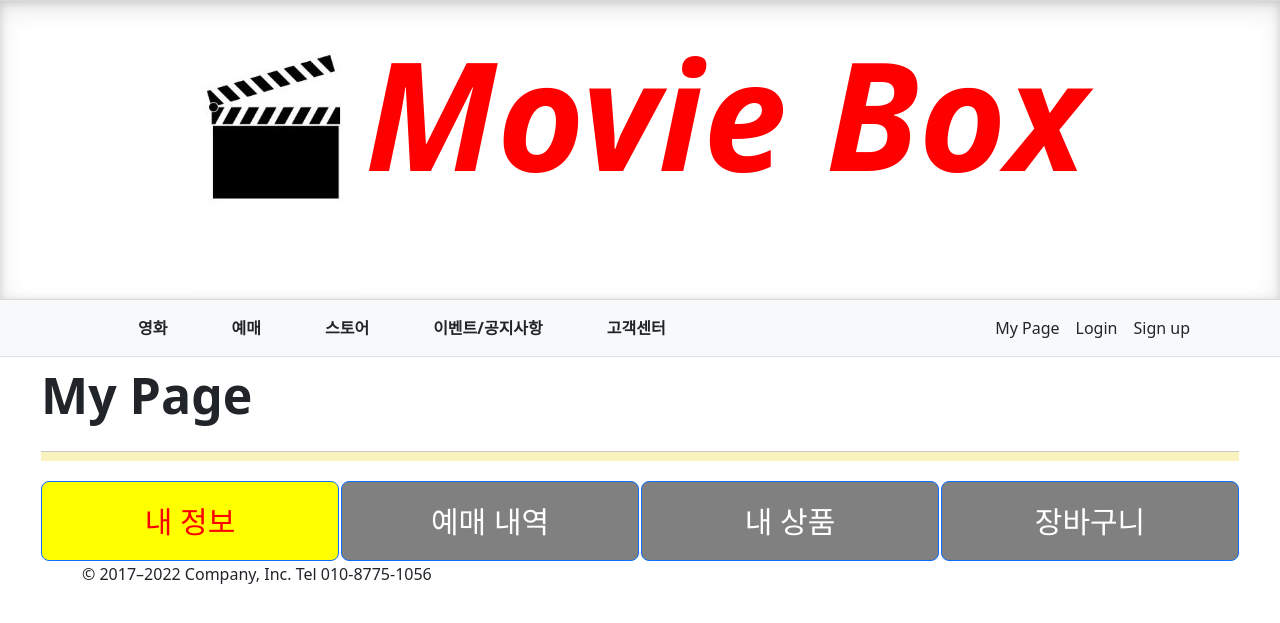
Repository: SpearManCN/MovieBox-2nd-Project-
Page: http://localhost/prj_01/WEB-INF/views/myPageHome.jsp
The author's editor kept a copy of each file at every save. The page is drawn from the files as they stood at one save, then again after the next save.
The browser window is 1280 px wide. The pictures show the whole page.
The page is served by Tomcat 9. Nobody is signed in. Other server files are loaded and not shown. The template is opened directly, without the code that normally fills it, so the values that code supplies are empty.

Above is the page before, as saved 2022-12-13 10:00:02.

### Second project/prj_01/src/main/webapp/WEB-INF/views/myPageHome.jsp
<%@ page language="java" contentType="text/html; charset=UTF-8"
    pageEncoding="UTF-8"%>
        <%@taglib prefix="c" uri="http://java.sun.com/jsp/jstl/core" %>
<!DOCTYPE html>
<html>
<head>
<meta name="viewport" content="width=device-width, initial-scale=1">
<meta charset="UTF-8">
<link href="https://cdn.jsdelivr.net/npm/bootstrap@5.2.3/dist/css/bootstrap.min.css" rel="stylesheet" integrity="sha384-rbsA2VBKQhggwzxH7pPCaAqO46MgnOM80zW1RWuH61DGLwZJEdK2Kadq2F9CUG65" crossorigin="anonymous">

</head>
<body>
<%@include file="/WEB-INF/views/commonHeader.jsp" %>

<center>
<table width="1200px">
	<tr>
	<td align="left"><span style="font-size:50px; font-weight:bold;">My Page</span>
	<tr>
	<td><hr style="height:10px; background-color:#EDD200;">
	<tr>
	<td align="right">
</table>
</center>
<table align="center" width="1200px">
	<tr>
	<td width="220px"><button type="button" class="btn btn-primary btn-lg" style="width:100%; height:80px; background-color:yellow;">
	<span style="font-size:30px; color:red">내 정보</span></button></td>
	<td width="220px"><button type="button" class="btn btn-primary btn-lg" style="width:100%; height:80px; background-color:gray;">
	<span style="font-size:30px; font-weight:;">예매 내역</span></button></td>
	<td width="220px"><button type="button" class="btn btn-primary btn-lg" style="width:100%; height:80px; background-color:gray;">
	<span style="font-size:30px; font-weight:;">내 상품</span></button></td>
	<td width="220px"><button type="button" class="btn btn-primary btn-lg" style="width:100%; height:80px; background-color:gray;">
	<span style="font-size:30px; font-weight:;">장바구니</span></button></td>
	</tr>
	<tr>
	</tr>

</table>





<%@include file="/WEB-INF/views/commonFooter.jsp" %>
</body>
</html>

### Second project/prj_01/src/main/webapp/WEB-INF/views/commonHeader.jsp
<%@ page language="java" contentType="text/html; charset=UTF-8"
    pageEncoding="UTF-8"%>



<script src="/js/jquery-1.11.0.min.js"></script>
<script>
function goLogin(){document.commonForm.action="/loginForm.do";document.commonForm.submit(); }
function goLoginJoin(){document.commonForm.action="/loginJoinForm.do";document.commonForm.submit();}
function goMyPage(){document.commonForm.action="/myPageHome.do";document.commonForm.submit(); }

</script>

<form name="commonForm" method="post"></form>
<div style="height:300px; background-color: white; border-width: 1px 0;
        box-shadow: inset 0 .5em 1.5em rgba(0, 0, 0, .1), inset 0 .125em .5em rgba(0, 0, 0, .15);         border: solid rgba(0, 0, 0, .15);
        border-width: 1px 0;" class="b-example-divider" align="center" >

 <span style="cursor:pointer" onclick="alert('이동')"><img src="resources/img/movieBox2.jpg" >
 <Span  style="font-size: 150px; color:red; font-weight: bold ; font-style: italic;" >Movie Box</Span>

 </span></div>

  <nav class="py-2 bg-light border-bottom">
    <div class="container d-flex flex-wrap">
      <ul class="nav me-auto">
      <li class="nav-item">&emsp;&emsp;&emsp;</li>
        <li class="nav-item"><a href="movieHome.do" class="nav-link link-dark px-2 active" aria-current="page" style="font-weight: bold ;" >영화</a></li>
         <li class="nav-item">&emsp;&emsp;&emsp;</li>
        <li class="nav-item"><a href="reserveForm.do" class="nav-link link-dark px-2" style="font-weight: bold ;">예매</a></li>
         <li class="nav-item">&emsp;&emsp;&emsp;</li>
        <li class="nav-item"><a href="/storeForm.do" class="nav-link link-dark px-2" style="font-weight: bold ;">스토어</a></li>
         <li class="nav-item">&emsp;&emsp;&emsp;</li>
        <li class="nav-item"><a href="/eventForm.do" class="nav-link link-dark px-2" style="font-weight: bold ;">이벤트/공지사항</a></li>
          <li class="nav-item">&emsp;&emsp;&emsp;</li>
        <li class="nav-item"><a href="/qnaForm.do" class="nav-link link-dark px-2" style="font-weight: bold ;">고객센터</a></li>

       </ul>
      <ul class="nav">
      <li class="nav-item"><span class="nav-link link-dark px-2" style="cursor:pointer" onclick="goMyPage();">My Page</span></li>
        <li class="nav-item"><span class="nav-link link-dark px-2" style="cursor:pointer" onclick="goLogin();">Login</span></li>
        <li class="nav-item"><span class="nav-link link-dark px-2" style="cursor:pointer" onclick="goLoginJoin();">Sign up</span></li>
      </ul>
    </div>
  </nav>

### Second project/prj_01/src/main/webapp/WEB-INF/views/commonFooter.jsp
<%@ page language="java" contentType="text/html; charset=UTF-8"
    pageEncoding="UTF-8"%>
<!--====================================================================-->
  <footer class="container">
    <p class="float-end"></p>
    <p>&copy; 2017–2022 Company, Inc. Tel 010-8775-1056 </p>
  </footer>

<script src="https://cdn.jsdelivr.net/npm/bootstrap@5.2.3/dist/js/bootstrap.bundle.min.js" integrity="sha384-kenU1KFdBIe4zVF0s0G1M5b4hcpxyD9F7jL+jjXkk+Q2h455rYXK/7HAuoJl+0I4" crossorigin="anonymous"></script>

Loaded but not shown: Second project/prj_01/src/main/resources/static/js/jquery-1.11.0.min.js (library)

After the next save:
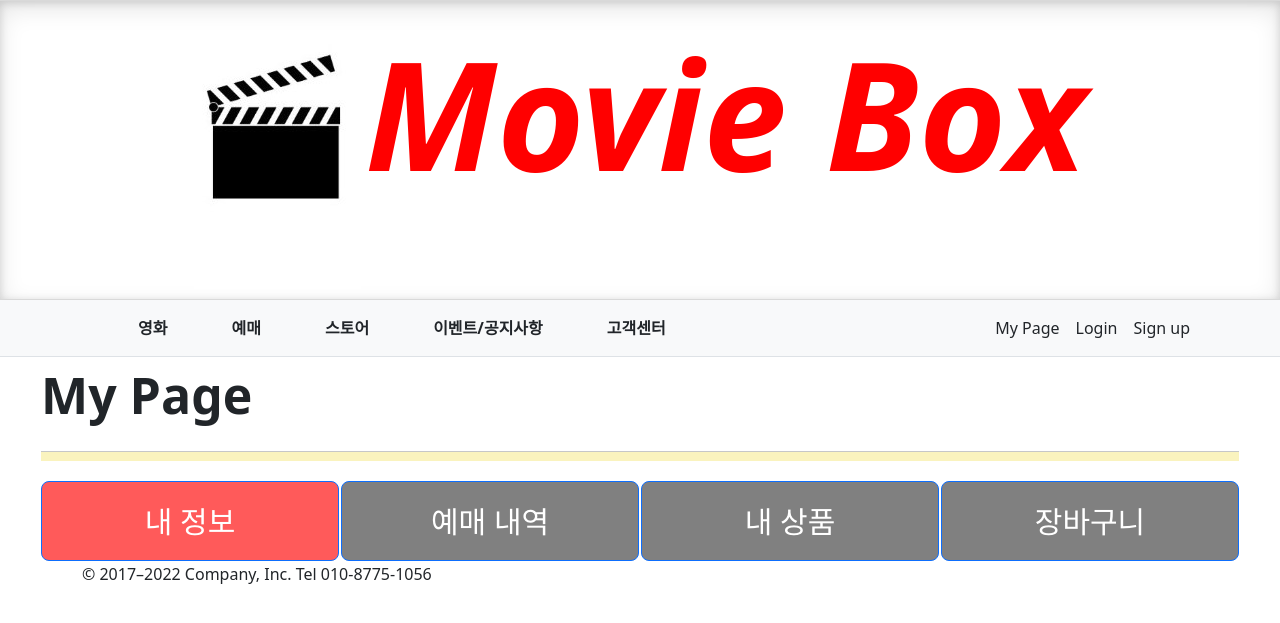
Saved 57 s later.
--- a/Second project/prj_01/src/main/webapp/WEB-INF/views/myPageHome.jsp
+++ b/Second project/prj_01/src/main/webapp/WEB-INF/views/myPageHome.jsp
@@ -24,8 +24,8 @@
 </center>
 <table align="center" width="1200px">
 	<tr>
-	<td width="220px"><button type="button" class="btn btn-primary btn-lg" style="width:100%; height:80px; background-color:yellow;">
-	<span style="font-size:30px; color:red">내 정보</span></button></td>
+	<td width="220px"><button type="button" class="btn btn-primary btn-lg" style="width:100%; height:80px; background-color:#FF5A5A;">
+	<span style="font-size:30px; ">내 정보</span></button></td>
 	<td width="220px"><button type="button" class="btn btn-primary btn-lg" style="width:100%; height:80px; background-color:gray;">
 	<span style="font-size:30px; font-weight:;">예매 내역</span></button></td>
 	<td width="220px"><button type="button" class="btn btn-primary btn-lg" style="width:100%; height:80px; background-color:gray;">
